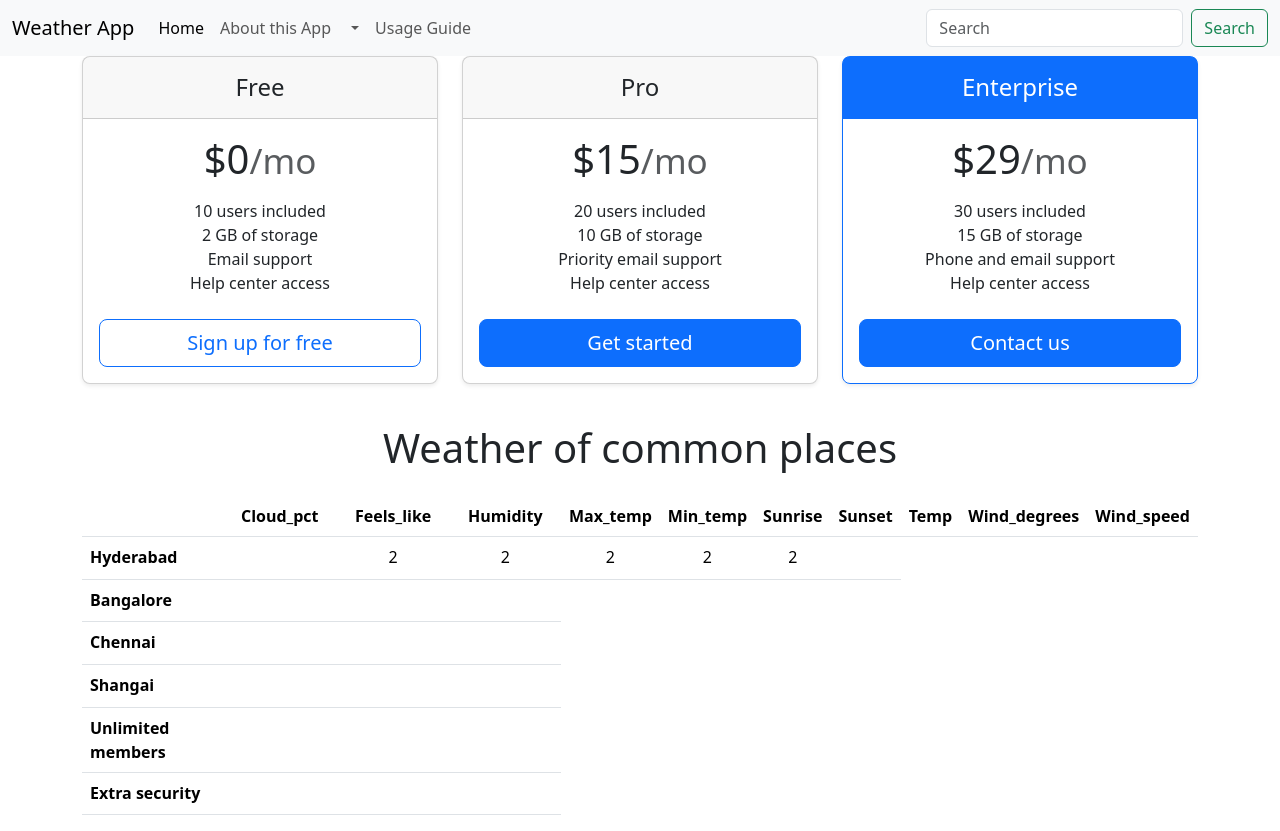
Repository: Abhilash2909/weather
Page: index.html
An editor plug-in stored every save of this project. The page is shown before and after a run of saves, followed by the edit.
The browser window is 1280 px wide. The pictures show the whole page.
The page's requests for data from a server got no answer.

Above is the page before, as saved 2024-02-11 10:38:28.

### index.html
<!doctype html>
<html lang="en">
  <head>
    <meta charset="utf-8">
    <meta name="viewport" content="width=device-width, initial-scale=1">
    <title>My Weather App</title>
    <link href="https://cdn.jsdelivr.net/npm/bootstrap@5.3.2/dist/css/bootstrap.min.css" rel="stylesheet" integrity="sha384-T3c6CoIi6uLrA9TneNEoa7RxnatzjcDSCmG1MXxSR1GAsXEV/Dwwykc2MPK8M2HN" crossorigin="anonymous">
  </head>
  <body>
    <nav class="navbar navbar-expand-lg bg-body-tertiary">
        <div class="container-fluid">
          <a class="navbar-brand" href="#">Weather App</a>
          <button class="navbar-toggler" type="button" data-bs-toggle="collapse" data-bs-target="#navbarSupportedContent" aria-controls="navbarSupportedContent" aria-expanded="false" aria-label="Toggle navigation">
            <span class="navbar-toggler-icon"></span>
          </button>
          <div class="collapse navbar-collapse" id="navbarSupportedContent">
            <ul class="navbar-nav me-auto mb-2 mb-lg-0">
              <li class="nav-item">
                <a class="nav-link active" aria-current="page" href="#">Home</a>
              </li>
              <li class="nav-item">
                <a class="nav-link" href="#">About this App</a>
              </li>
              <li class="nav-item dropdown">
                <a class="nav-link dropdown-toggle" href="#" role="button" data-bs-toggle="dropdown" aria-expanded="false">
                </a>
                <ul class="dropdown-menu">
                  <li><a class="dropdown-item" href="#">Delhi</a></li>
                  <li><a class="dropdown-item" href="#">Seattle</a></li>
                  <li><hr class="dropdown-divider"></li>
                  <li><a class="dropdown-item" href="#">Bangalore</a></li>
                </ul>
              </li>
              <li class="nav-item">
                <a class="nav-link" aria-disabled="true">Usage Guide</a>
              </li>
            </ul>
            <form class="d-flex" role="search">
              <input class="form-control me-2" type="search" placeholder="Search" aria-label="Search">
              <button class="btn btn-outline-success" type="submit">Search</button>
            </form>
          </div>
        </div>
      </nav>

      <div class="container"><main>
        <div class="row row-cols-1 row-cols-md-3 mb-3 text-center">
          <div class="col">
            <div class="card mb-4 rounded-3 shadow-sm">
              <div class="card-header py-3">
                <h4 class="my-0 fw-normal">Free</h4>
              </div>
              <div class="card-body">
                <h1 class="card-title pricing-card-title">$0<small class="text-body-secondary fw-light">/mo</small></h1>
                <ul class="list-unstyled mt-3 mb-4">
                  <li>10 users included</li>
                  <li>2 GB of storage</li>
                  <li>Email support</li>
                  <li>Help center access</li>
                </ul>
                <button type="button" class="w-100 btn btn-lg btn-outline-primary">Sign up for free</button>
              </div>
            </div>
          </div>
          <div class="col">
            <div class="card mb-4 rounded-3 shadow-sm">
              <div class="card-header py-3">
                <h4 class="my-0 fw-normal">Pro</h4>
              </div>
              <div class="card-body">
                <h1 class="card-title pricing-card-title">$15<small class="text-body-secondary fw-light">/mo</small></h1>
                <ul class="list-unstyled mt-3 mb-4">
                  <li>20 users included</li>
                  <li>10 GB of storage</li>
                  <li>Priority email support</li>
                  <li>Help center access</li>
                </ul>
                <button type="button" class="w-100 btn btn-lg btn-primary">Get started</button>
              </div>
            </div>
          </div>
          <div class="col">
            <div class="card mb-4 rounded-3 shadow-sm border-primary">
              <div class="card-header py-3 text-bg-primary border-primary">
                <h4 class="my-0 fw-normal">Enterprise</h4>
              </div>
              <div class="card-body">
                <h1 class="card-title pricing-card-title">$29<small class="text-body-secondary fw-light">/mo</small></h1>
                <ul class="list-unstyled mt-3 mb-4">
                  <li>30 users included</li>
                  <li>15 GB of storage</li>
                  <li>Phone and email support</li>
                  <li>Help center access</li>
                </ul>
                <button type="button" class="w-100 btn btn-lg btn-primary">Contact us</button>
              </div>
            </div>
          </div>
        </div>

        <h2 class="display-6 text-center mb-4">Weather of common places</h2>

        <div class="table-responsive">
          <table class="table text-center">
            <thead>
              <tr>
                <th style="width: 34%;">   </th>
                <th style="width: 22%;"> Cloud_pct </th>
                <th style="width: 22%;"> Feels_like </th>
                <th style="width: 22%;"> Humidity </th>
                <th style="width: 22%;"> Max_temp </th>
                <th style="width: 22%;"> Min_temp </th>
                <th style="width: 22%;"> Sunrise </th>
                <th style="width: 22%;"> Sunset </th>
                <th style="width: 22%;"> Temp </th>
                <th style="width: 22%;"> Wind_degrees </th>
                <th style="width: 22%;"> Wind_speed </th>
              </tr>
            </thead>
            <tbody>
              <tr>
                <th scope="row" class="text-start">Hyderabad</th>
                <td><svg class="bi" width="24" height="24"><use xlink:href="#check"></use></svg></td>
                <td>2</td>
                <td>2</td>
                <td>2</td>
                <td>2</td>
                <td>2</td>

                <td><svg class="bi" width="24" height="24"><use xlink:href="#check"></use></svg></td>
              </tr>
              <tr>
                <th scope="row" class="text-start">Bangalore</th>
                <td></td>
                <td><svg class="bi" width="24" height="24"><use xlink:href="#check"></use></svg></td>
                <td><svg class="bi" width="24" height="24"><use xlink:href="#check"></use></svg></td>
              </tr>
            </tbody>

            <tbody>
              <tr>
                <th scope="row" class="text-start">Chennai</th>
                <td><svg class="bi" width="24" height="24"><use xlink:href="#check"></use></svg></td>
                <td><svg class="bi" width="24" height="24"><use xlink:href="#check"></use></svg></td>
                <td><svg class="bi" width="24" height="24"><use xlink:href="#check"></use></svg></td>
              </tr>
              <tr>
                <th scope="row" class="text-start">Shangai</th>
                <td></td>
                <td><svg class="bi" width="24" height="24"><use xlink:href="#check"></use></svg></td>
                <td><svg class="bi" width="24" height="24"><use xlink:href="#check"></use></svg></td>
              </tr>
              <tr>
                <th scope="row" class="text-start">Unlimited members</th>
                <td></td>
                <td><svg class="bi" width="24" height="24"><use xlink:href="#check"></use></svg></td>
                <td><svg class="bi" width="24" height="24"><use xlink:href="#check"></use></svg></td>
              </tr>
              <tr>
                <th scope="row" class="text-start">Extra security</th>
                <td></td>
                <td></td>
                <td><svg class="bi" width="24" height="24"><use xlink:href="#check"></use></svg></td>
              </tr>
            </tbody>
          </table>
        </div>
      </main></div>
    <script src="https://cdn.jsdelivr.net/npm/bootstrap@5.3.2/dist/js/bootstrap.bundle.min.js" integrity="sha384-C6RzsynM9kWDrMNeT87bh95OGNyZPhcTNXj1NW7RuBCsyN/o0jlpcV8Qyq46cDfL" crossorigin="anonymous"></script>
    <script src="script.js"></script>
</body>
</html>

### script.js
// const options = {
// method: 'GET',
// headers: {
//         'X-RapidAPI-Key': 'b45e96323fmshf5e4bc50d3b8a90p1e091djsnfb21cde4eb87',
// '       X-RapidAPI-Host': 'weather-by-api-ninjas.p.rapidapi.com'
//     }
// };

// fetch('https://weather-by-api-ninjas.p.rapidapi.com/v1/weather?city=Seattle', options)
//     .then(response => response.json())
//     .then(response => console.log(response))
//     .catch(err => console.error(err));



const options = {
    method: 'GET',
    headers: {
      'X-RapidAPI-Key': 'b45e96323fmshf5e4bc50d3b8a90p1e091djsnfb21cde4eb87',
      'X-RapidAPI-Host': 'weather-by-api-ninjas.p.rapidapi.com'
    }
  };

  fetch('https://weather-by-api-ninjas.p.rapidapi.com/v1/weather?city=Seattle', options)
    .then(response => response.json())
    .then(data => console.log(data))
    .catch(error => console.error(error));

After the next 2 saves:
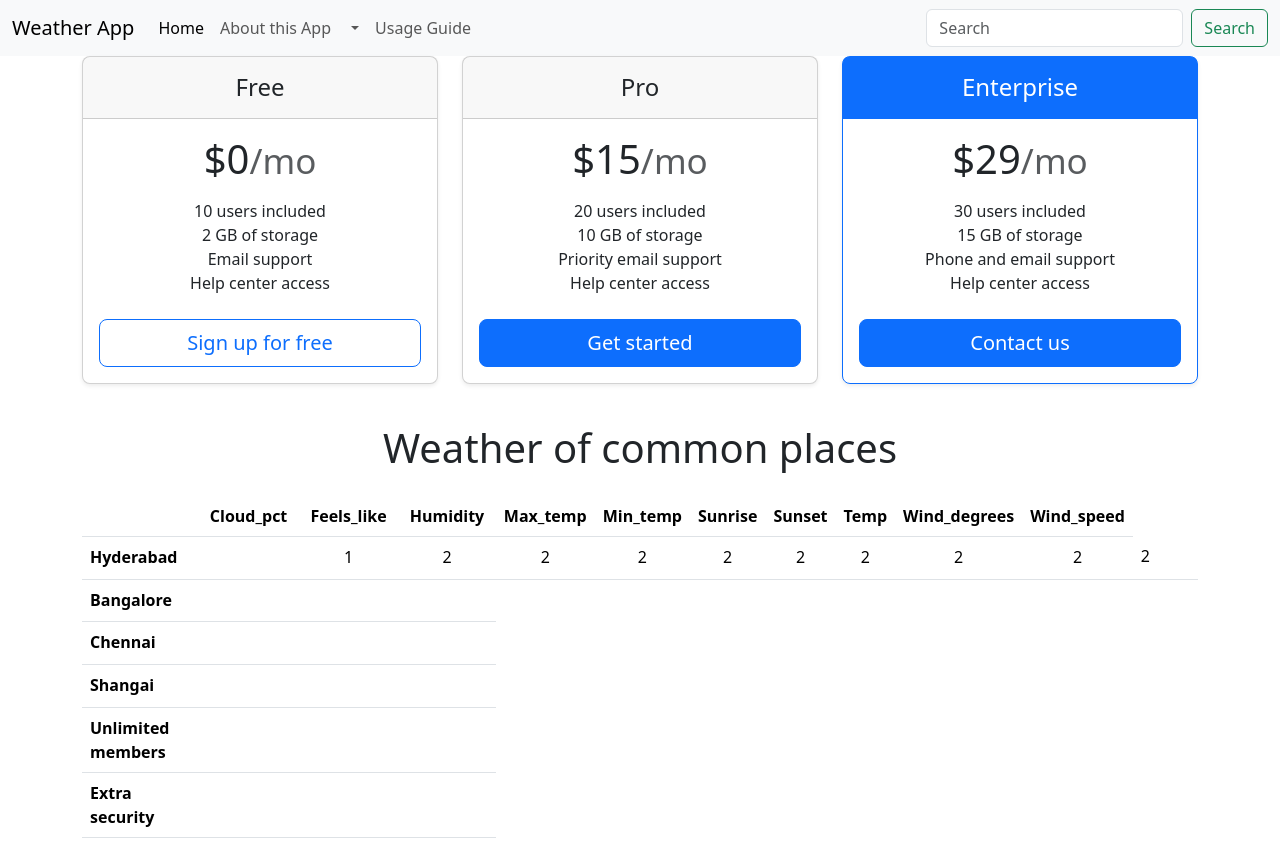
The 2 saves are shown as one change because they came seconds apart.
The last was saved 10 s later.
--- a/index.html
+++ b/index.html
@@ -121,6 +121,11 @@
               <tr>
                 <th scope="row" class="text-start">Hyderabad</th>
                 <td><svg class="bi" width="24" height="24"><use xlink:href="#check"></use></svg></td>
+                <td>1</td>
+                <td>2</td>
+                <td>2</td>
+                <td>2</td>
+                <td>2</td>
                 <td>2</td>
                 <td>2</td>
                 <td>2</td>
